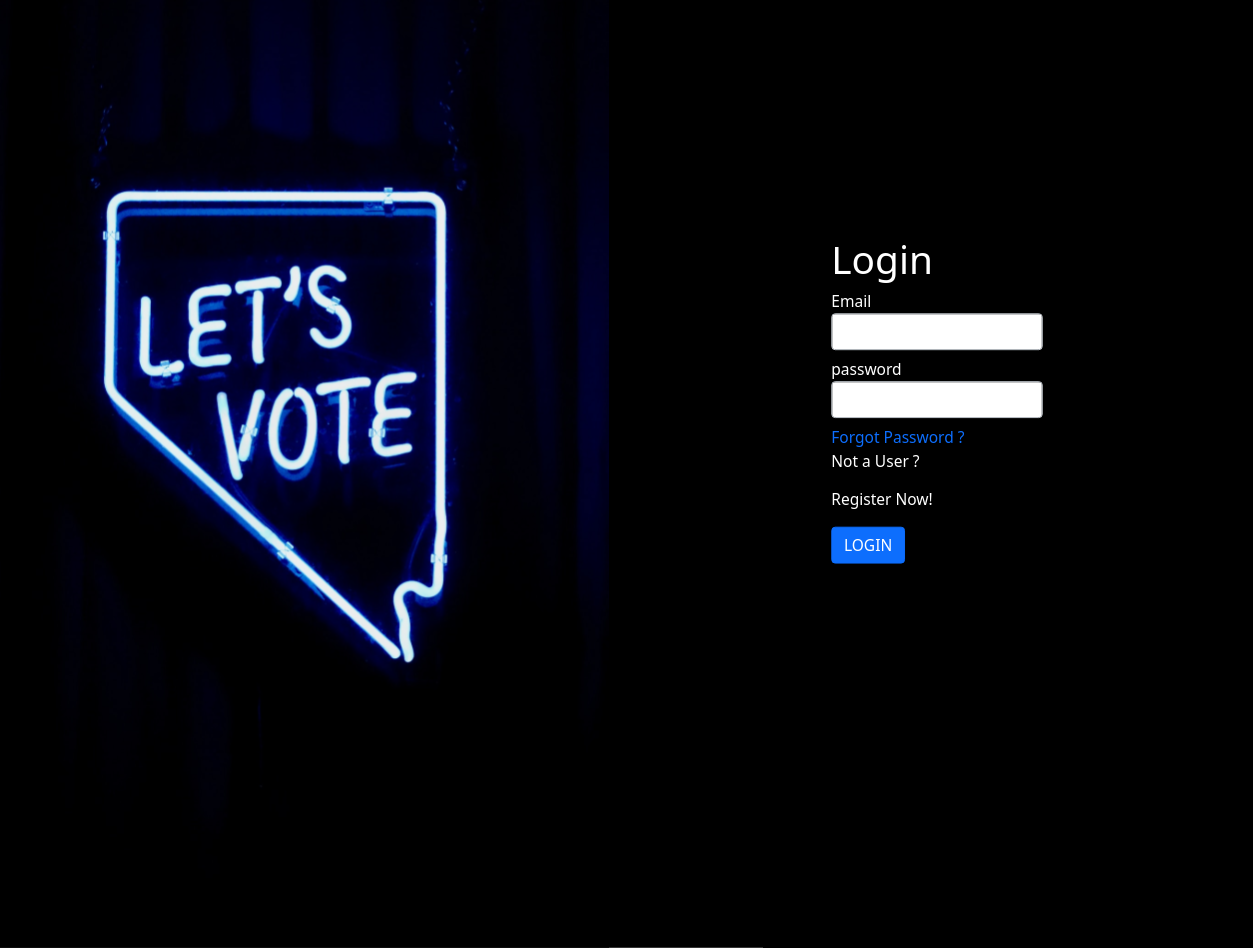
Repository: DavidManiIbrahim/Voting-app
Page: Login.html
The author's editor kept a copy of each file at every save. The page is drawn from the files as they stood at one save, then again after the next save.
The browser window is 1280 px wide. The page is 1292 px wide, so the pictures cover 1292 px, including what lies to the right of the window. The pictures show the whole page, at 97% of full size.

Above is the page before, as saved 2025-01-18 07:10:53.

### Login.html
<!DOCTYPE html>
<html lang="en">
<head>
    <meta charset="UTF-8">
    <meta name="viewport" content="width=device-width, initial-scale=1.0">
    <title>Login Page</title>
    <link rel="stylesheet" href="./bootstrap.css">
</head>
<body>

<style>
    form{
        position: relative;
        top: 20%;
    }
    .hero{
        background: #000;
    }
</style>

<div class="row hero">
    <div class="col-md  container-fluid">
        <img src="./unsplash_LA1VawaCjjI.svg" alt="login image" class=" img-fluid" width="100%">
    </div>
    <div class="col-md text-white align-items-center">
        <form action="" class="w-50 p-5 m-auto ">
            <h1>Login</h1>
            <label for="email" class="form-label">Email  <br>
                <input class="form-control" type="text">
            </label> <br>
            <label class="form-label"" for="password">password  <br>
                <input class="form-control" type="password" class="form-text">
            </label> <br>
            <span class="text-primary">Forgot Password ?</span> <br>
            <p>Not a User ?</p>
            <p>Register Now!</p>
            <button class="btn btn-primary">LOGIN</button>
        </form>
    </div>
</div>








<script src="./bootstrap.min.js"></script>
</body>
</html>

Loaded but not shown: bootstrap.css (library); bootstrap.min.js (library)

After the next save:
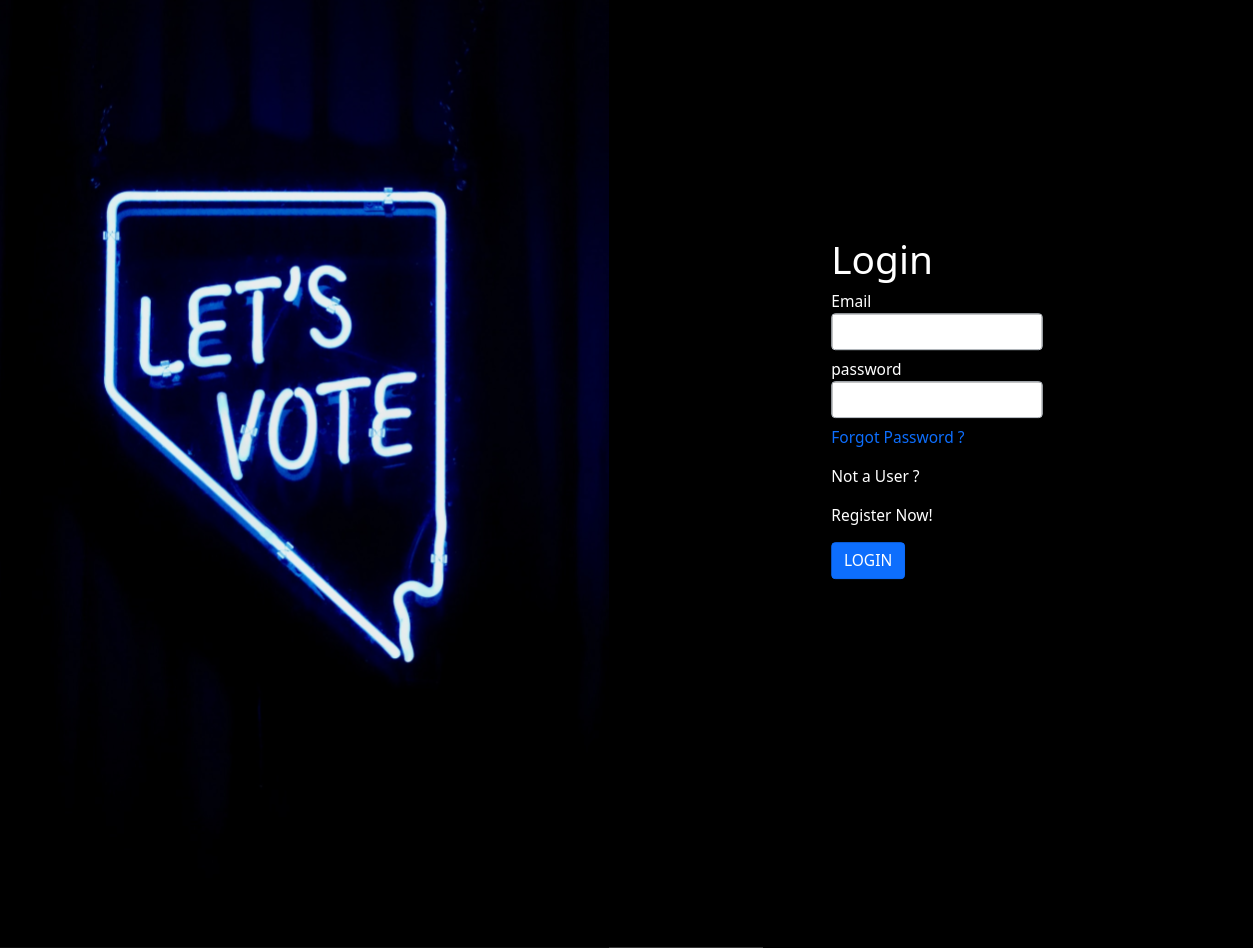
Saved 10 s later.
--- a/Login.html
+++ b/Login.html
@@ -31,7 +31,7 @@
             <label class="form-label"" for="password">password  <br>
                 <input class="form-control" type="password" class="form-text">
             </label> <br>
-            <span class="text-primary">Forgot Password ?</span> <br>
+            <p class="text-primary">Forgot Password ?</spa> <br>
             <p>Not a User ?</p>
             <p>Register Now!</p>
             <button class="btn btn-primary">LOGIN</button>
